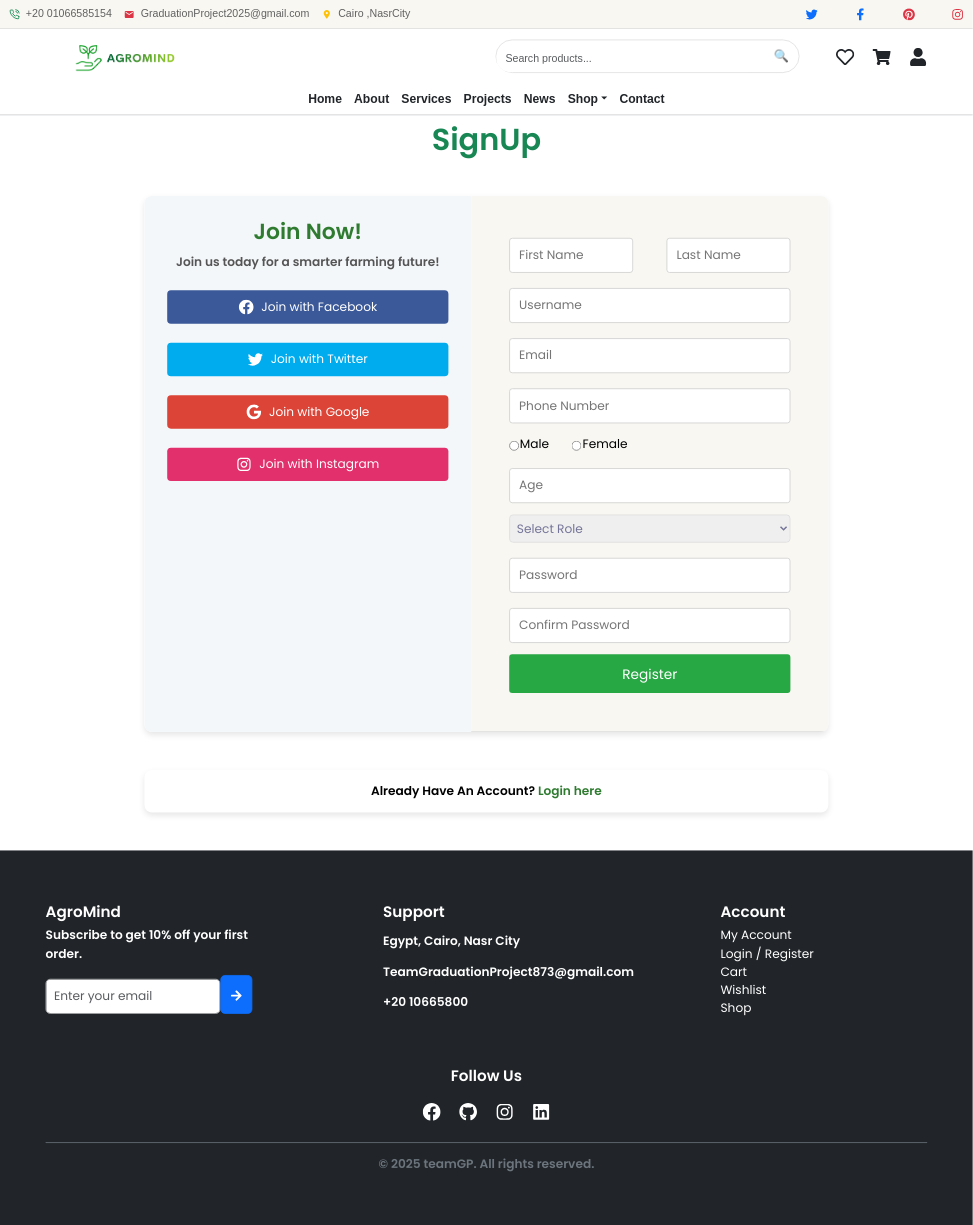
Repository: ShimaaMohamedRoshdi/WorkSpace-agromind
Page: /signup (app in agricultural-management-system-vs/agricultural-management-system-main/)
The author's editor kept a copy of each file at every save. The page is drawn from the files as they stood at one save, then again after the next save.
The browser window is 1280 px wide. The pictures show the whole page, at 76% of full size.
The project was rebuilt for these pictures with package versions that can differ from the ones it lists, and the page was loaded fresh each time. Also part of the build but not shown: agricultural-management-system-vs/agricultural-management-system-main/vite.config.js, agricultural-management-system-vs/agricultural-management-system-main/src/pages/SignIn.jsx, agricultural-management-system-vs/agricultural-management-system-main/src/components/HealthyFoods.css, agricultural-management-system-vs/agricultural-management-system-main/src/components/HealthyFoods.jsx, agricultural-management-system-vs/agricultural-management-system-main/src/components/ProductCard.jsx, agricultural-management-system-vs/agricultural-management-system-main/src/components/Products.jsx, agricultural-management-system-vs/agricultural-management-system-main/src/components/AgricultureSkill.jsx, agricultural-management-system-vs/agricultural-management-system-main/src/components/HeroSection.jsx and 39 more.

Above is the page before, as saved 2025-05-01 04:15:39.

After the next save:
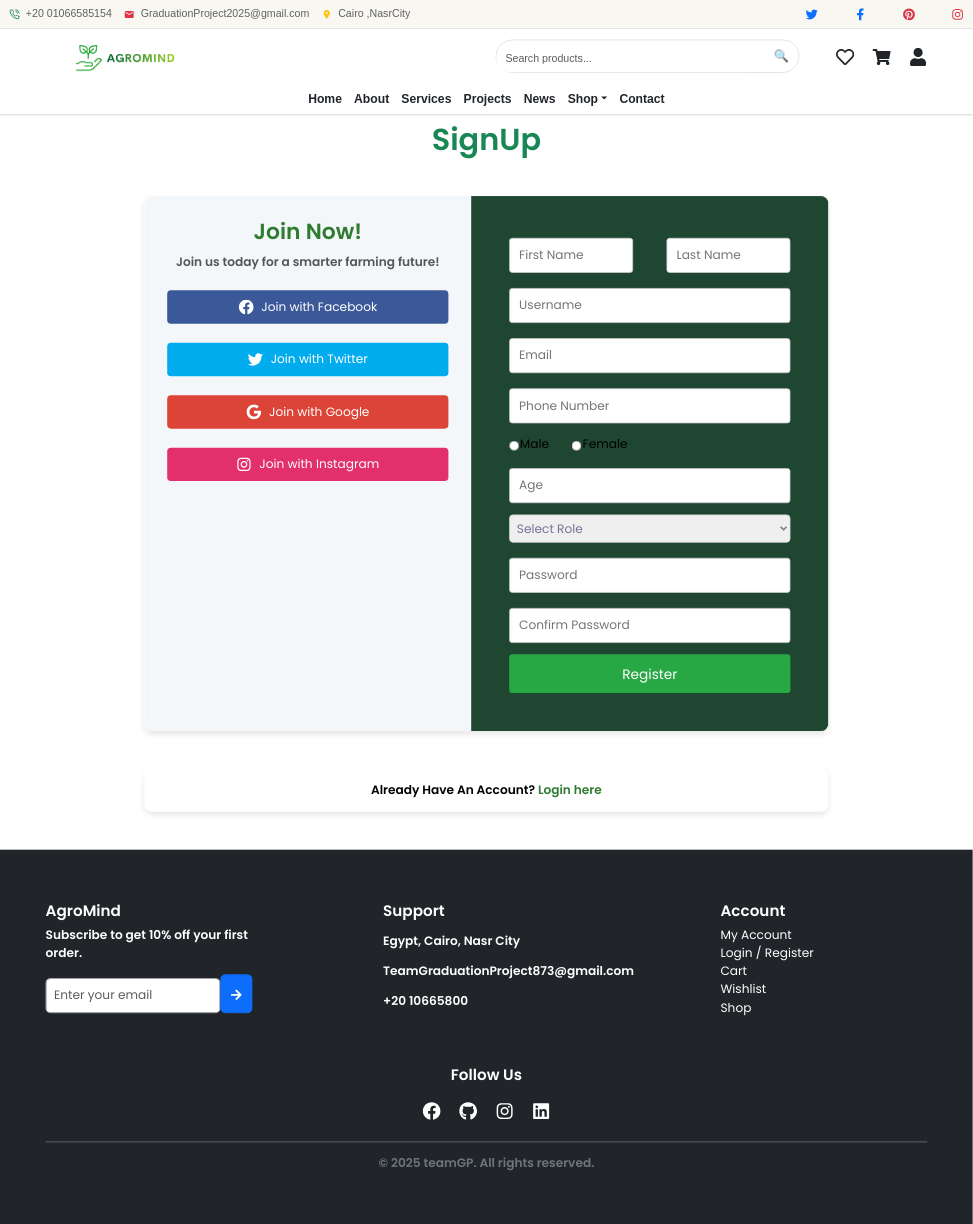
Saved 10 min 57 s later.
--- a/agricultural-management-system-vs/agricultural-management-system-main/src/pages/SignUp.jsx
+++ b/agricultural-management-system-vs/agricultural-management-system-main/src/pages/SignUp.jsx
@@ -121,8 +121,9 @@ const SignUp = () => {
       // Show full backend error details for debugging
       if (error.response) {
         alert(
-          JSON.stringify(error.response.data, null, 2) ||
-            "Error during sign-up. Please try again."
+          error.response?.data
+            ? JSON.stringify(error.response.data, null, 2)
+            : "Error during sign-up. Please try again."
         );
       } else {
         alert("Error during sign-up. Please try again.");
@@ -166,7 +167,7 @@ const SignUp = () => {
           </div>
         </div>
 
-        <div className="right-section bg-light">
+        <div className="right-section">
           {/* <h1>Register</h1> */}
           <Formik
             initialValues={{
